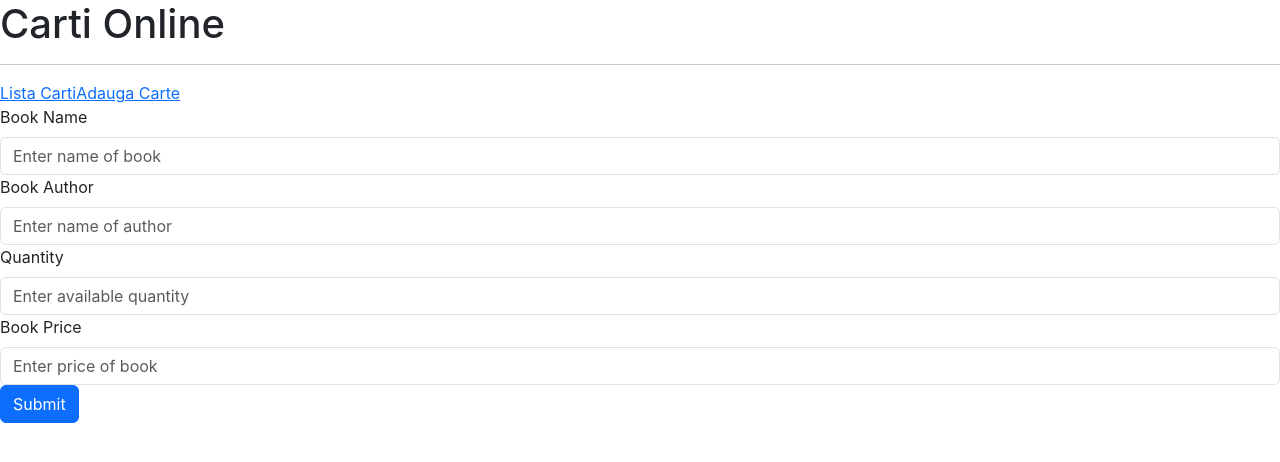
Repository: phob0/react-test
Page: /add
These files come from the project's save history. The page is drawn as it stood at one moment and after the next save; the edit follows.
The browser window is 1280 px wide. The pictures show the whole page.
The project was rebuilt for these pictures with package versions that can differ from the ones it lists, and the page was loaded fresh each time. Also part of the build but not shown: src/components/EditBook.js, src/components/Book.js, src/components/BooksList.js.

Above is the page before, as saved 2024-02-17 15:24:07.

### src/index.js
import React from 'react';
import ReactDOM from 'react-dom/client';
import 'bootstrap/dist/css/bootstrap.min.css';
import './index.css';
import AppRouter from './router/AppRouter';
//import reportWebVitals from './reportWebVitals';

const root = ReactDOM.createRoot(document.getElementById('root'));

root.render(
  // <React.StrictMode>
    <AppRouter />
  // </React.StrictMode>
);

// If you want to start measuring performance in your app, pass a function
// to log results (for example: reportWebVitals(console.log))
// or send to an analytics endpoint. Learn more: https://bit.ly/CRA-vitals
//reportWebVitals();

### src/router/AppRouter.js
import React from 'react';
import { BrowserRouter, Switch, Route, Redirect } from 'react-router-dom';
import Header from '../components/Header';
import AddBook from '../components/AddBook';
import EditBook from '../components/EditBook';
import BooksList from '../components/BooksList';
import useLocalStorage from '../hooks/useLocalStorage';
import BooksContext from '../context/BooksContext';

const AppRouter = () => {
  const [books, setBooks] = useLocalStorage('books', []);

  return (
    <BrowserRouter>
      <div>
        <Header />
        <div className="main-content">
          <BooksContext.Provider value={{ books, setBooks }}>
            <Switch>
              <Route component={BooksList} path="/" exact={true} />
              <Route component={AddBook} path="/add" />
              <Route component={EditBook} path="/edit/:id" />
              <Route component={() => <Redirect to="/" />} />
            </Switch>
          </BooksContext.Provider>
        </div>
      </div>
    </BrowserRouter>
  );
};

export default AppRouter;

### src/components/Header.js
import React from 'react';
import { NavLink } from 'react-router-dom';

const Header = () => {
  return (
    <header>
      <h1>Carti Online</h1>
      <hr />
      <div className="links">
        <NavLink to="/" className="link" activeClassName="active" exact>
          Lista Carti
        </NavLink>
        <NavLink to="/add" className="link" activeClassName="active">
          Adauga Carte
        </NavLink>
      </div>
    </header>
  );
};

export default Header;

### src/components/AddBook.js
import React, { useContext } from 'react';
import BookForm from './BookForm';
import BooksContext from '../context/BooksContext';

const AddBook = ({ history }) => {
  const { books, setBooks } = useContext(BooksContext);

  const handleOnSubmit = (book) => {
    setBooks([book, ...books]);
    history.push('/');
  };

  return (
    <React.Fragment>
      <BookForm handleOnSubmit={handleOnSubmit} />
    </React.Fragment>
  );
};

export default AddBook;

### src/hooks/useLocalStorage.js
import { useState, useEffect } from 'react';

const useLocalStorage = (key, initialValue) => {
  const [value, setValue] = useState(() => {
    try {
      const localValue = window.localStorage.getItem(key);
      return localValue ? JSON.parse(localValue) : initialValue;
    } catch (error) {
      return initialValue;
    }
  });

  useEffect(() => {
    window.localStorage.setItem(key, JSON.stringify(value));
  }, [key, value]);

  return [value, setValue];
};

export default useLocalStorage;

### src/context/BooksContext.js
import React from 'react';

const BooksContext = React.createContext();

export default BooksContext;

### src/components/BookForm.js
import React, { useState } from 'react';
import { Form, Button } from 'react-bootstrap';
import { v4 as uuidv4 } from 'uuid';

const BookForm = (props) => {
  const [book, setBook] = useState({
    bookname: props.book ? props.book.bookname : '',
    author: props.book ? props.book.author : '',
    quantity: props.book ? props.book.quantity : '',
    price: props.book ? props.book.price : '',
    date: props.book ? props.book.date : ''
  });

  const [errorMsg, setErrorMsg] = useState('');
  const { bookname, author, price, quantity } = book;

  const handleOnSubmit = (event) => {
    event.preventDefault();
    const values = [bookname, author, price, quantity];
    let errorMsg = '';

    const allFieldsFilled = values.every((field) => {
      const value = `${field}`.trim();
      return value !== '' && value !== '0';
    });

    if (allFieldsFilled) {
      const book = {
        id: uuidv4(),
        bookname,
        author,
        price,
        quantity,
        date: new Date()
      };
      props.handleOnSubmit(book);
    } else {
      errorMsg = 'Please fill out all the fields.';
    }
    setErrorMsg(errorMsg);
  };

  const handleInputChange = (event) => {
    const { name, value } = event.target;
    switch (name) {
      case 'quantity':
        if (value === '' || parseInt(value) === +value) {
          setBook((prevState) => ({
            ...prevState,
            [name]: value
          }));
        }
        break;
      case 'price':
        if (value === '' || value.match(/^\d{1,}(\.\d{0,2})?$/)) {
          setBook((prevState) => ({
            ...prevState,
            [name]: value
          }));
        }
        break;
      default:
        setBook((prevState) => ({
          ...prevState,
          [name]: value
        }));
    }
  };

  return (
    <div className="main-form">
      {errorMsg && <p className="errorMsg">{errorMsg}</p>}
      <Form onSubmit={handleOnSubmit}>
        <Form.Group controlId="name">
          <Form.Label>Book Name</Form.Label>
          <Form.Control
            className="input-control"
            type="text"
            name="bookname"
            value={bookname}
            placeholder="Enter name of book"
            onChange={handleInputChange}
          />
        </Form.Group>
        <Form.Group controlId="author">
          <Form.Label>Book Author</Form.Label>
          <Form.Control
            className="input-control"
            type="text"
            name="author"
            value={author}
            placeholder="Enter name of author"
            onChange={handleInputChange}
          />
        </Form.Group>
        <Form.Group controlId="quantity">
          <Form.Label>Quantity</Form.Label>
          <Form.Control
            className="input-control"
            type="number"
            name="quantity"
            value={quantity}
            placeholder="Enter available quantity"
            onChange={handleInputChange}
          />
        </Form.Group>
        <Form.Group controlId="price">
          <Form.Label>Book Price</Form.Label>
          <Form.Control
            className="input-control"
            type="text"
            name="price"
            value={price}
            placeholder="Enter price of book"
            onChange={handleInputChange}
          />
        </Form.Group>
        <Button variant="primary" type="submit" className="submit-btn">
          Submit
        </Button>
      </Form>
    </div>
  );
};

export default BookForm;

Loaded but not shown: public/index.html (common file); src/index.css (common file)

After the next save:
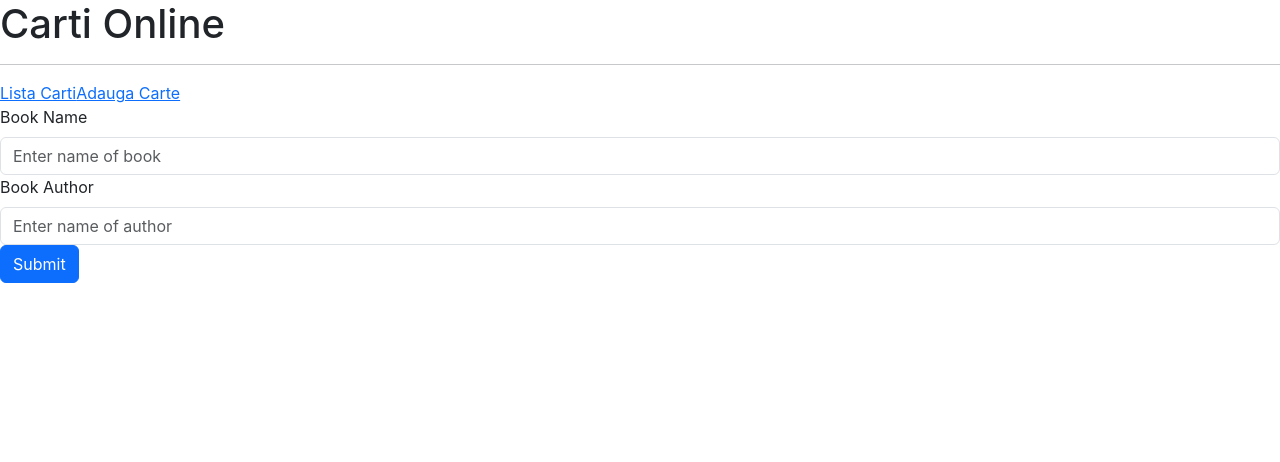
Saved 2 min 31 s later.
--- a/src/components/BookForm.js
+++ b/src/components/BookForm.js
@@ -6,8 +6,6 @@ const BookForm = (props) => {
   const [book, setBook] = useState({
     bookname: props.book ? props.book.bookname : '',
     author: props.book ? props.book.author : '',
-    quantity: props.book ? props.book.quantity : '',
-    price: props.book ? props.book.price : '',
     date: props.book ? props.book.date : ''
   });
 
@@ -93,28 +91,6 @@ const BookForm = (props) => {
             onChange={handleInputChange}
           />
         </Form.Group>
-        <Form.Group controlId="quantity">
-          <Form.Label>Quantity</Form.Label>
-          <Form.Control
-            className="input-control"
-            type="number"
-            name="quantity"
-            value={quantity}
-            placeholder="Enter available quantity"
-            onChange={handleInputChange}
-          />
-        </Form.Group>
-        <Form.Group controlId="price">
-          <Form.Label>Book Price</Form.Label>
-          <Form.Control
-            className="input-control"
-            type="text"
-            name="price"
-            value={price}
-            placeholder="Enter price of book"
-            onChange={handleInputChange}
-          />
-        </Form.Group>
         <Button variant="primary" type="submit" className="submit-btn">
           Submit
         </Button>
